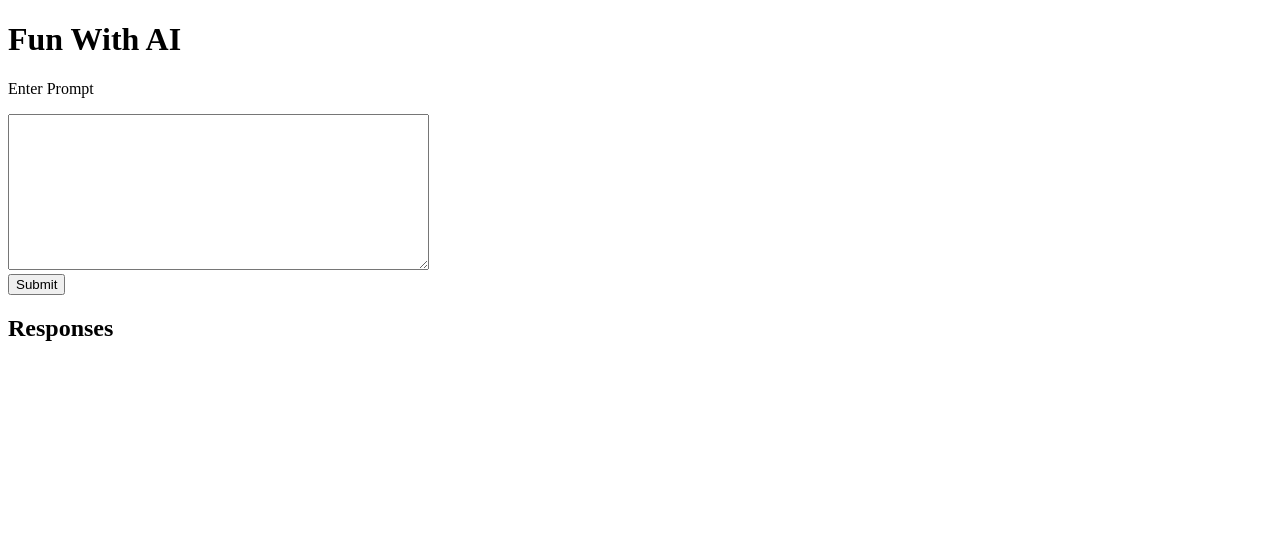
Repository: wenxi0504/open-ai-API
Page: openAI.html
An editor plug-in stored every save of this project. The page is shown before and after the next save, followed by the edit.
The browser window is 1280 px wide. The pictures show the whole page.

Above is the page before, as saved 2022-05-15 16:29:18.

### openAI.html
<!DOCTYPE html>
<html lang="en">
<head>
    <meta charset="UTF-8">
    <meta http-equiv="X-UA-Compatible" content="IE=edge">
    <meta name="viewport" content="width=device-width, initial-scale=1.0">
    <title>OpenAI-API</title>
</head>
<body>
<h1>Fun With AI</h1>
<form action="POST">
<p><label for="userprompt"> Enter Prompt</label></p>
<textarea id="w3review" name="w3review" rows="10" cols="50"></textarea>
<br>
<input type="submit" value="Submit">
</form>

<h2>Responses</h2>

<script src="openai.js"></script>
</body>
</html>

Loaded but not shown: openai.js (no copy from this time; the picture is the same without it)

After the next save:
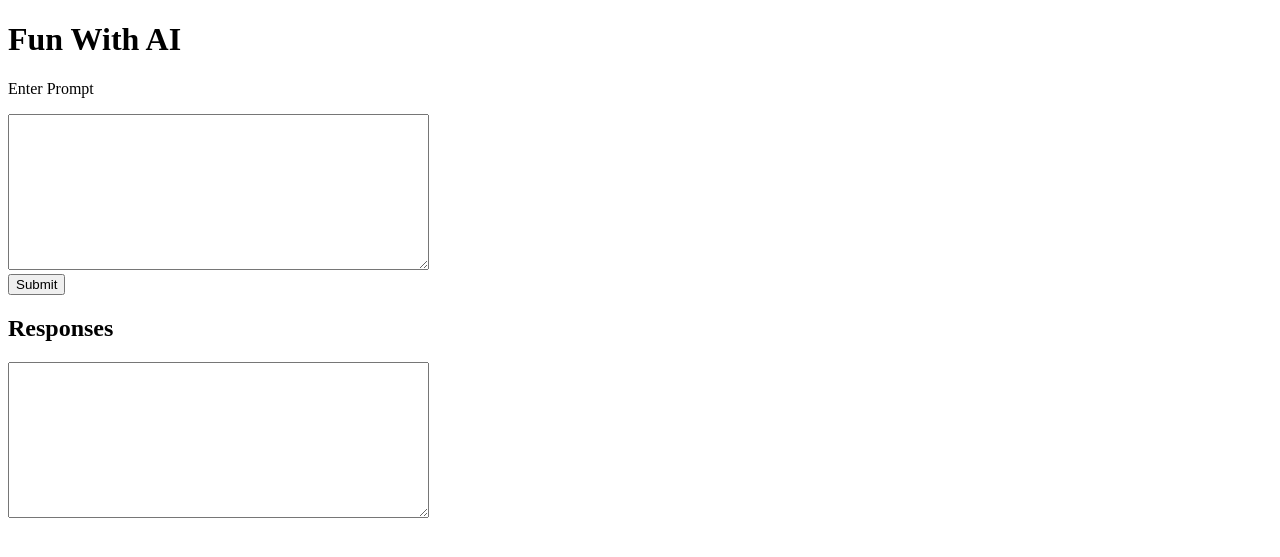
Saved 2 min 32 s later.
--- a/openAI.html
+++ b/openAI.html
@@ -9,14 +9,14 @@
 <body>
 <h1>Fun With AI</h1>
 <form action="POST">
-<p><label for="userprompt"> Enter Prompt</label></p>
-<textarea id="w3review" name="w3review" rows="10" cols="50"></textarea>
+<p><label for="prompt"> Enter Prompt</label></p>
+<textarea id="userprompt" name="userprompt" rows="10" cols="50"></textarea>
 <br>
 <input type="submit" value="Submit">
 </form>
 
 <h2>Responses</h2>
-
+<textarea id="aiResponse" name="aiResponse" rows="10" cols="50"></textarea>
 <script src="openai.js"></script>
 </body>
 </html>
